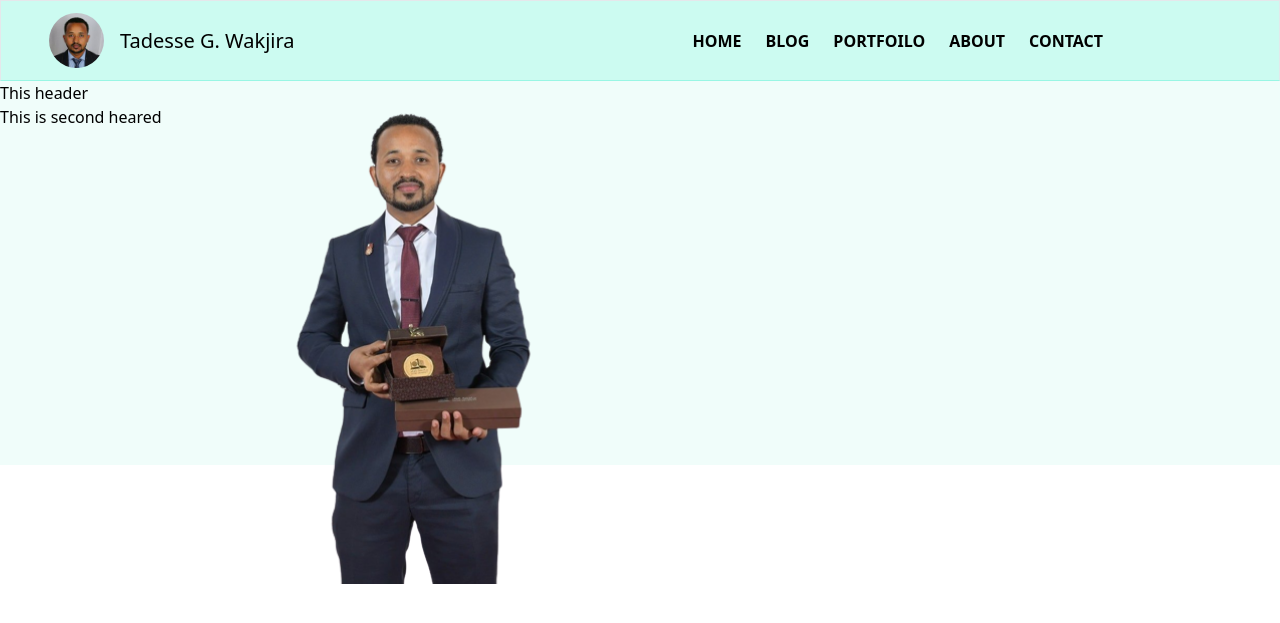
Repository: Elias-Kibret/Tade-portfoilo
Page: /
These files come from the project's save history. The page is drawn as it stood at one moment and after the next save; the edit follows.
The browser window is 1280 px wide. The pictures show the whole page.
The project was rebuilt for these pictures with package versions that can differ from the ones it lists, and the page was loaded fresh each time. The framework's server and built-in components were replaced by stand-ins that run in the browser. Also part of the build but not shown: next.config.js.

Above is the page before, as saved 2022-06-27 06:38:08.

After the next save:
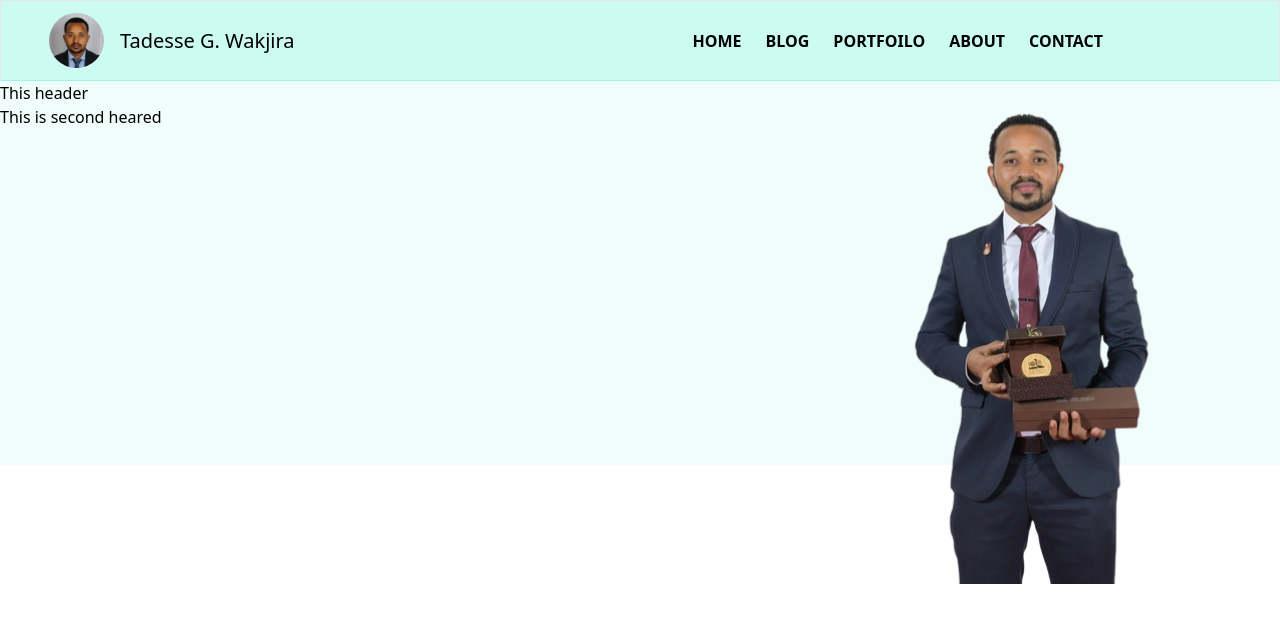
Saved 26 s later.
--- a/components/Hero.tsx
+++ b/components/Hero.tsx
@@ -2,7 +2,7 @@ import heroImage from '../public/Img/heroImage.png'
 import Image from 'next/image'
 const Hero = () => {
   return (
-<main className="h-96 bg-teal-50 flex">
+<main className="h-96 bg-teal-50 flex justify-between">
 
     <div className=' w-100'>
       <h1>
